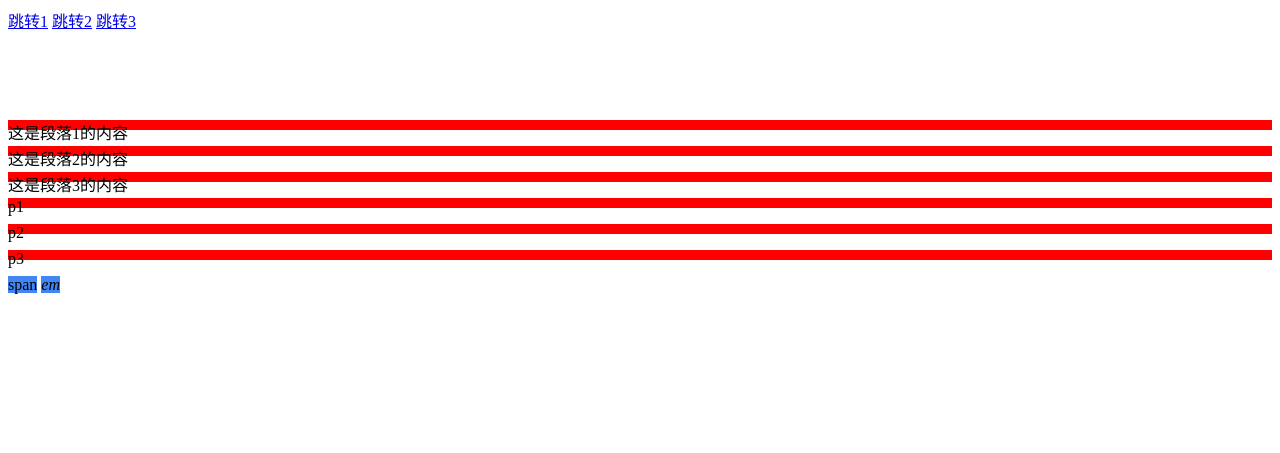
Repository: LstHeart/html-learning
Page: css3/目标伪类.html
The author's editor kept a copy of each file at every save. The page is drawn from the files as they stood at one save, then again after the next save.
The browser window is 1280 px wide. The pictures show the whole page.

Above is the page before, as saved 2021-01-11 14:53:52.

### css3/目标伪类.html
<!DOCTYPE html>
<html lang="en">
<head>
    <meta charset="UTF-8">
    <meta name="viewport" content="width=device-width, initial-scale=1.0">
    <meta http-equiv="X-UA-Compatible" content="ie=edge">
    <title>Document</title>
    <style>
       .container :not(p){
            background-color: #4285f4;
        }
        p{
            height: 10px;
            background-color: red;
        }
    </style>
</head>
<body>
    <a href="#jump1">跳转1</a>
    <a href="#jump2">跳转2</a>
    <a href="#jump3">跳转3</a>
    <br>
    <br>
    <br>
    <br>
    <br>
    <p id="jump1">这是段落1的内容</p>
    <p id="jump2">这是段落2的内容</p>
    <p id="jump3">这是段落3的内容</p>

    <div class="container">
        <p>p1</p>
        <p>p2</p>
        <p>p3</p>
        <span>span</span>
        <em>em</em>
    </div>

</body>
</html>

After the next save:
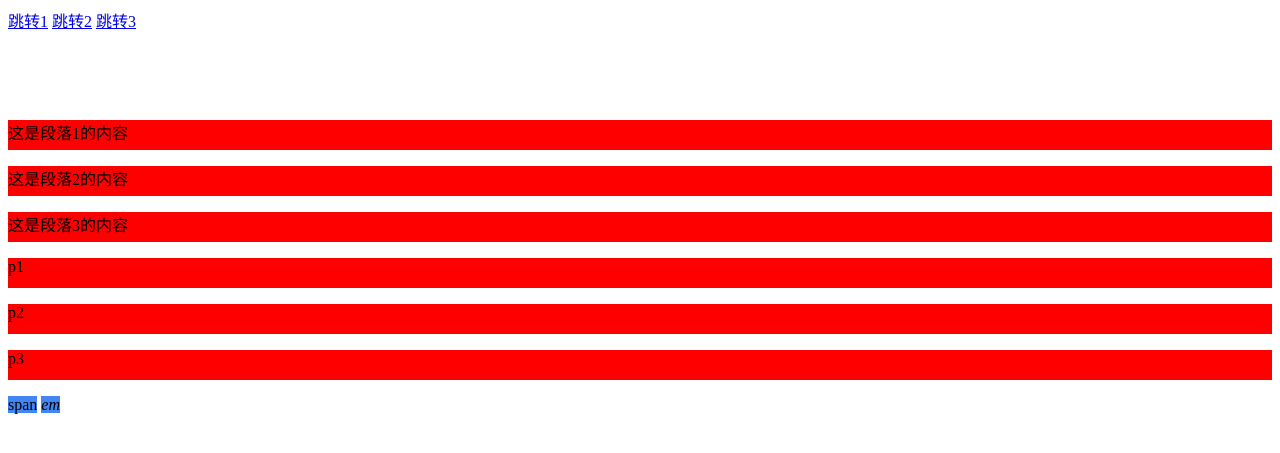
Saved 19 s later.
--- a/css3/目标伪类.html
+++ b/css3/目标伪类.html
@@ -10,7 +10,7 @@
             background-color: #4285f4;
         }
         p{
-            height: 10px;
+            height: 30px;
             background-color: red;
         }
     </style>
